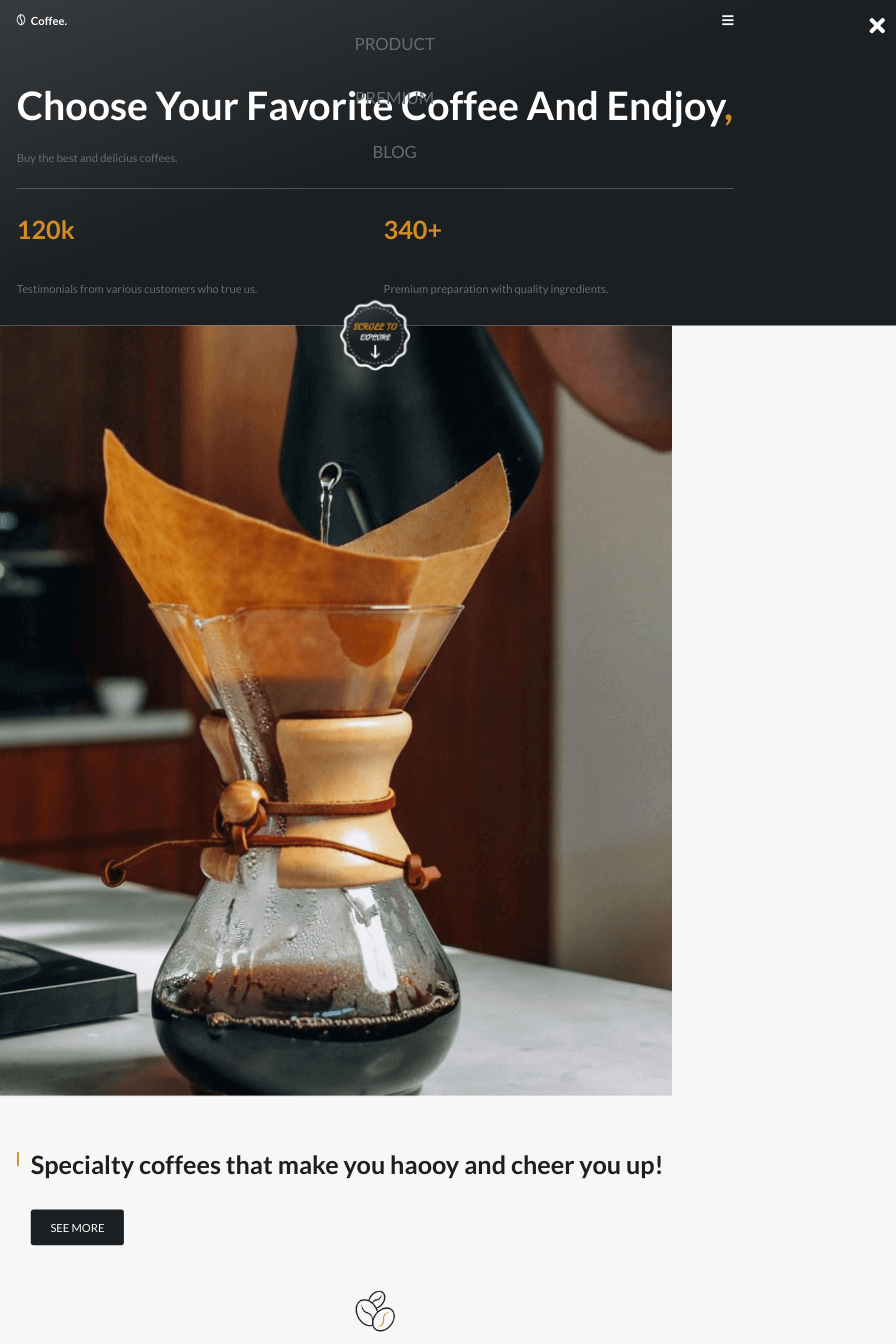
Repository: Nguyenductuan-dev/Website-coffee
Page: index.html
An editor plug-in stored every save of this project. The page is shown before and after the next save, followed by the edit.
The browser window is 1280 px wide. The pictures show the part of the page from y = 0 to 1920 px (the page is 6521 px tall before and 5863 px after), at 70% of full size.

Above is the page before, as saved 2022-04-16 14:40:39.

After the next save:
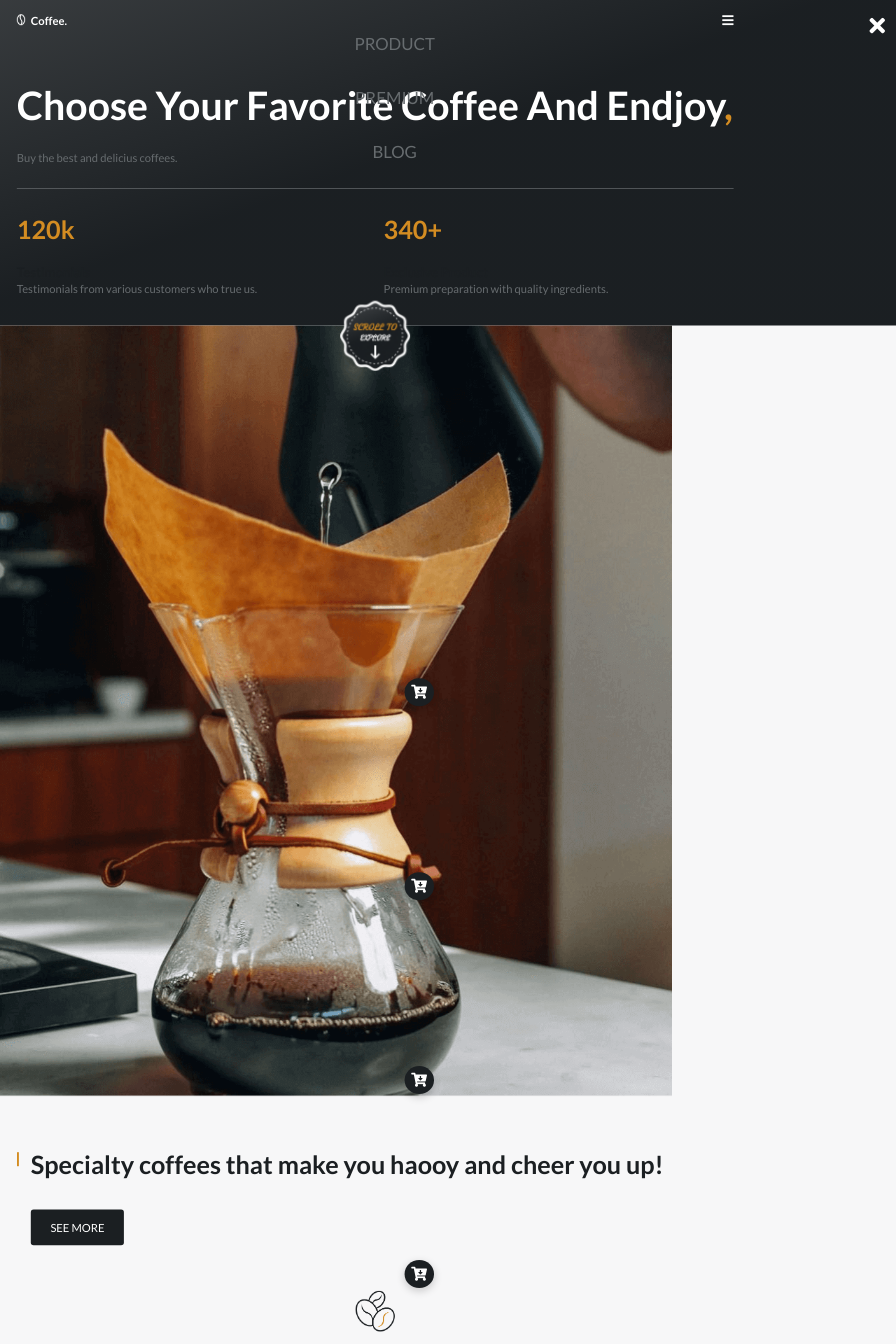
Saved 9 min 37 s later.
--- a/assets/css/style.css
+++ b/assets/css/style.css
@@ -339,3 +339,38 @@ button {
     grid-template-columns: 200px;
     justify-content: center;
 }
+.products__cart {
+    background-color: var(--container-color);
+    border-radius: .5rem;
+
+}
+.products__img {
+    width: 150px;
+    transition: .4s;
+}
+.products__shape {
+    background-color: var(--card-color);
+    border-radius: .5rem .5rem 0 0;
+    text-align: center;
+    padding: .25rem 0;
+}
+.products__data {
+    padding: 1rem 0 1.25rem 1rem;
+    position: relative;
+}
+.products__price {
+    font-size: var(--h2-font-size);
+}
+.products__name {
+    font-size: var(--normal-font-size);
+}
+.products__button {
+    border-radius: 50%;
+    padding: .625rem;
+    display: inline-flex;
+    font-size: 1.25rem;
+    position: absolute;
+    right: 1rem;
+    top: -125rem;
+    box-shadow: 0 4px 12px hsla(206, 4%, 4%, .2);
+}
